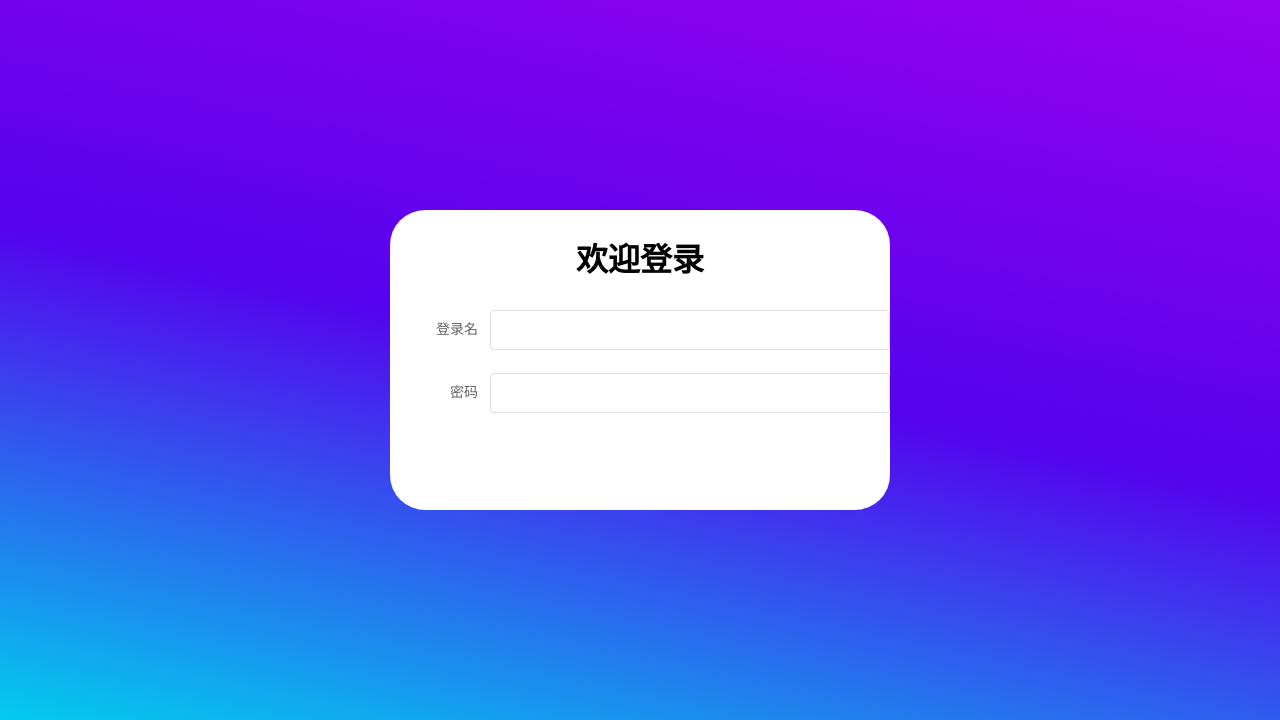
Repository: godlike060236/gr0624shixun
Page: /login
These files come from the project's save history. The page is drawn as it stood at one moment and after the next save; the edit follows.
The browser window is 1280 px wide. The pictures show the whole page.
The project was rebuilt for these pictures with package versions that can differ from the ones it lists, and the page was loaded fresh each time. Also part of the build but not shown: src/components/menu/index.vue, src/views/Home.vue.

Above is the page before, as saved 2021-07-06 23:53:21.

After the next save:
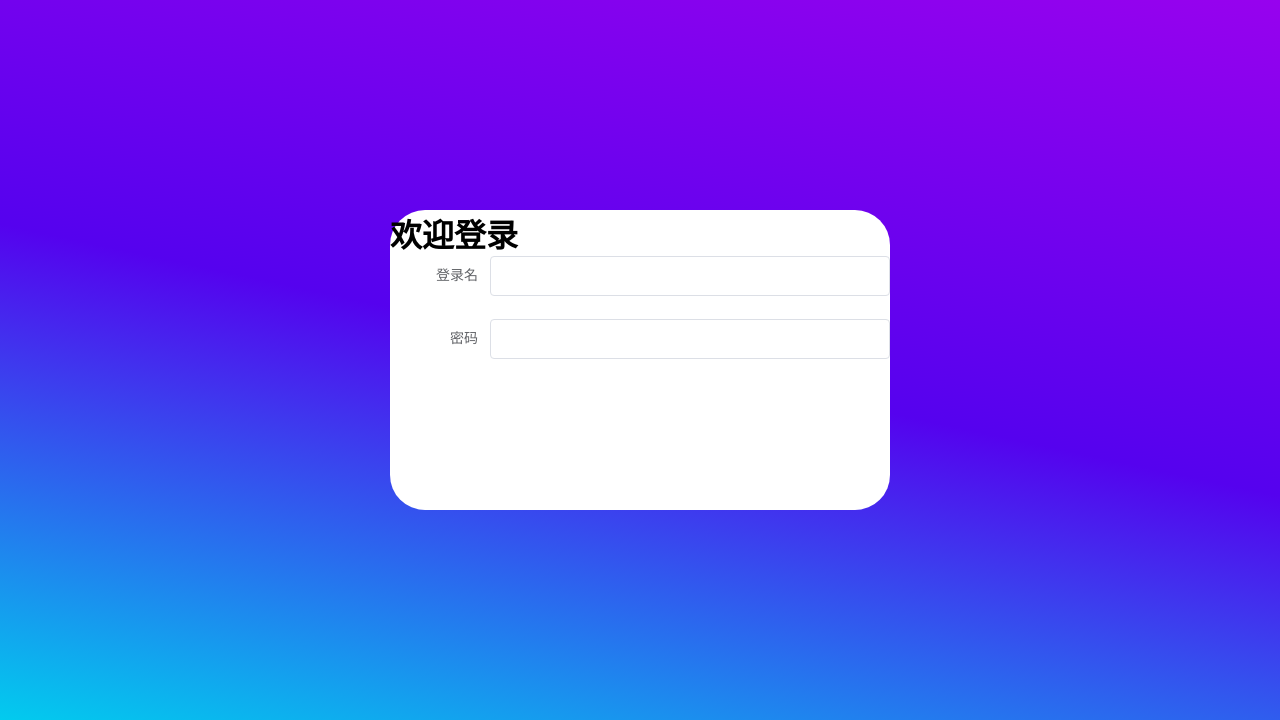
Saved 53 s later.
--- a/src/views/login/loginForm.vue
+++ b/src/views/login/loginForm.vue
@@ -1,5 +1,5 @@
 <template>
-  <div>
+  <div class="loginform_main">
     <h1 class="title">欢迎登录</h1>
     <el-form :model="form" label-width="100px">
       <el-form-item label="登录名">
@@ -27,9 +27,11 @@ export default {
 </script>
 
 <style lang="less" scoped>
-.title {
-  text-align: center;
-  height: 100px;
-  line-height: 100px;
+.logingorm_main {
+  .title {
+    text-align: center;
+    height: 100px;
+    line-height: 100px;
+  }
 }
 </style>
